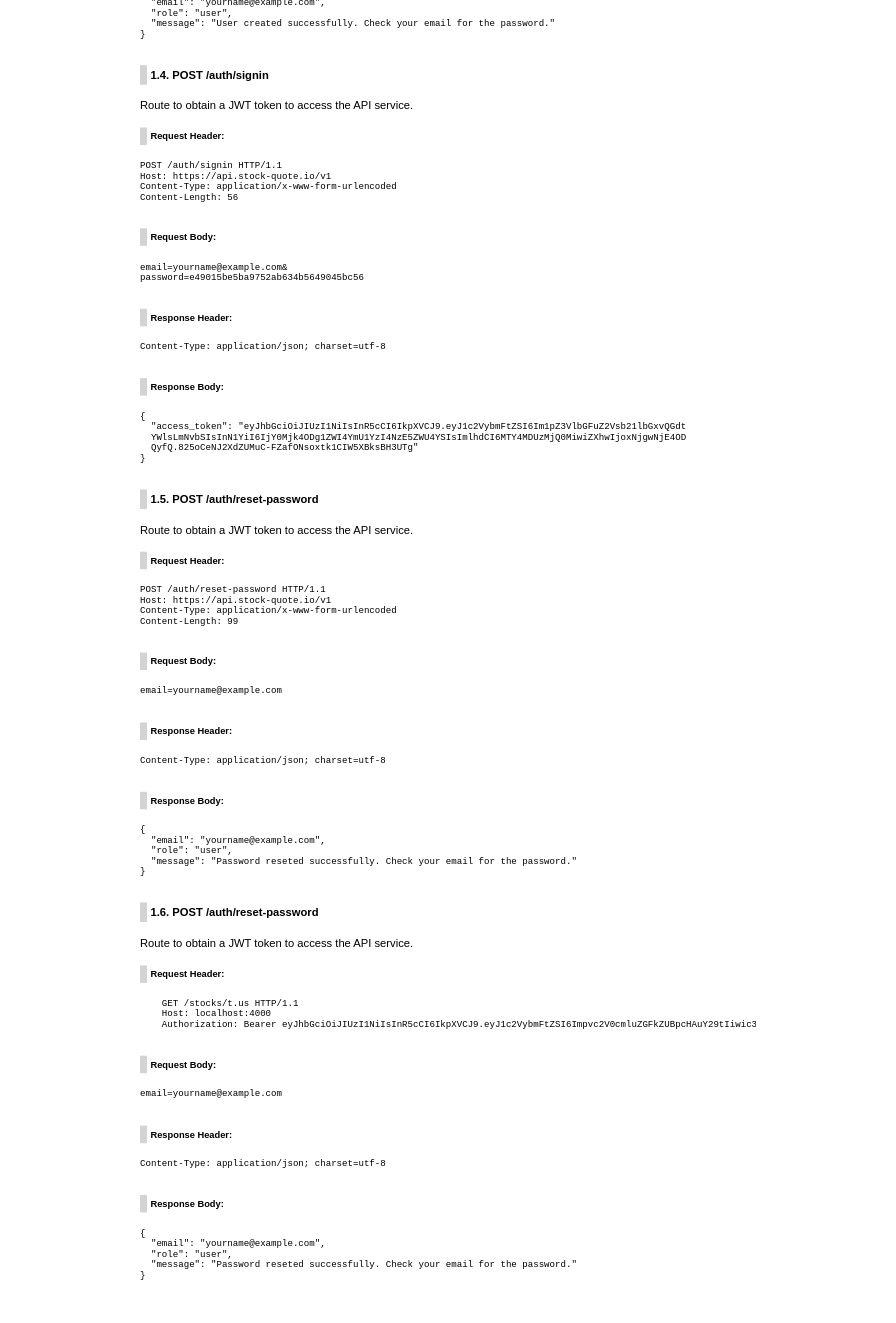
Repository: miguelamello/nest-js
Page: stock-service/reference.html
The author's editor kept a copy of each file at every save. The page is drawn from the files as they stood at one save, then again after a run of saves.
The browser window is 1280 px wide. The pictures show the part of the page from y = 2153 to 4073 px (the page is 4043 px tall before and 4073 px after), at 70% of full size.

Above is the page before, as saved 2023-04-03 14:24:24.

After the next 3 saves:
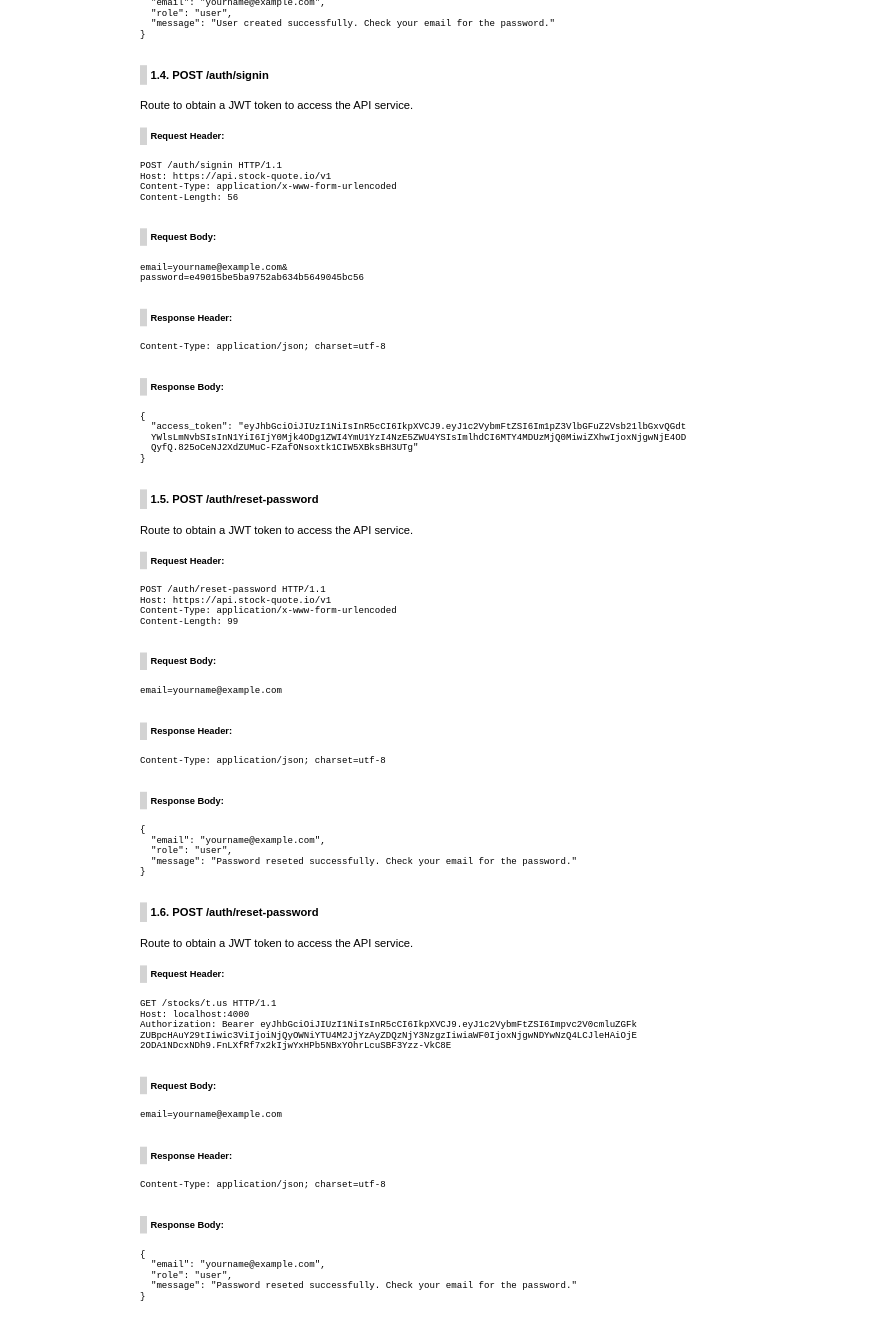
The 3 saves are shown as one change because they came seconds apart.
The last was saved 10 s later.
--- a/stock-service/reference.html
+++ b/stock-service/reference.html
@@ -232,9 +232,11 @@ Content-Type: application/json; charset=utf-8
   </p>
   <h5>Request Header:</h5>
   <pre>
-    GET /stocks/t.us HTTP/1.1
-    Host: localhost:4000
-    Authorization: Bearer eyJhbGciOiJIUzI1NiIsInR5cCI6IkpXVCJ9.eyJ1c2VybmFtZSI6Impvc2V0cmluZGFkZUBpcHAuY29tIiwic3ViIjoiNjQyOWNiYTU4M2JjYzAyZDQzNjY3NzgzIiwiaWF0IjoxNjgwNDYwNzQ4LCJleHAiOjE2ODA1NDcxNDh9.FnLXfRf7x2kIjwYxHPb5NBxYOhrLcuSBF3Yzz-VkC8E
+GET /stocks/t.us HTTP/1.1
+Host: localhost:4000
+Authorization: Bearer eyJhbGciOiJIUzI1NiIsInR5cCI6IkpXVCJ9.eyJ1c2VybmFtZSI6Impvc2V0cmluZGFk
+ZUBpcHAuY29tIiwic3ViIjoiNjQyOWNiYTU4M2JjYzAyZDQzNjY3NzgzIiwiaWF0IjoxNjgwNDYwNzQ4LCJleHAiOjE
+2ODA1NDcxNDh9.FnLXfRf7x2kIjwYxHPb5NBxYOhrLcuSBF3Yzz-VkC8E
   </pre>
 
   <h5>Request Body:</h5>
